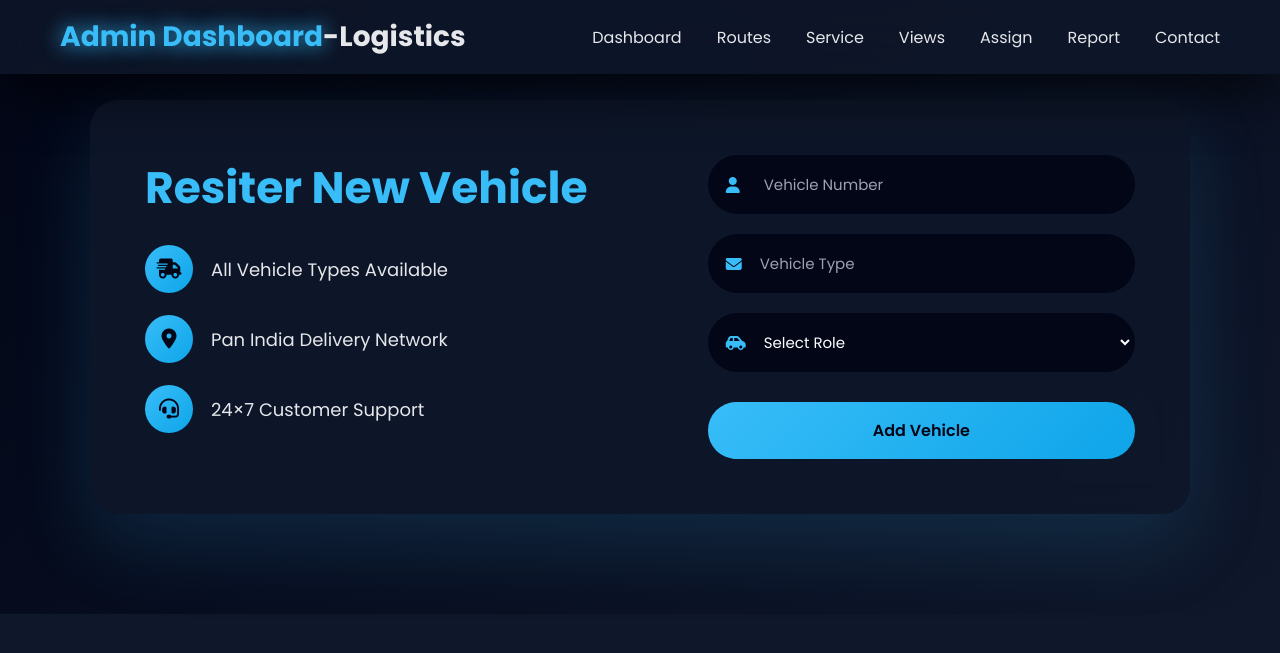
Repository: Pintu-6545/Java_Programming
Page: http://localhost/GreenFleetApplication/add-vehicle.jsp
The author's editor kept a copy of each file at every save. The page is drawn from the files as they stood at one save, then again after the next save.
The browser window is 1280 px wide. The pictures show the whole page.
The page is served by Tomcat 10.

Above is the page before, as saved 2025-12-26 14:24:41.

After the next save:
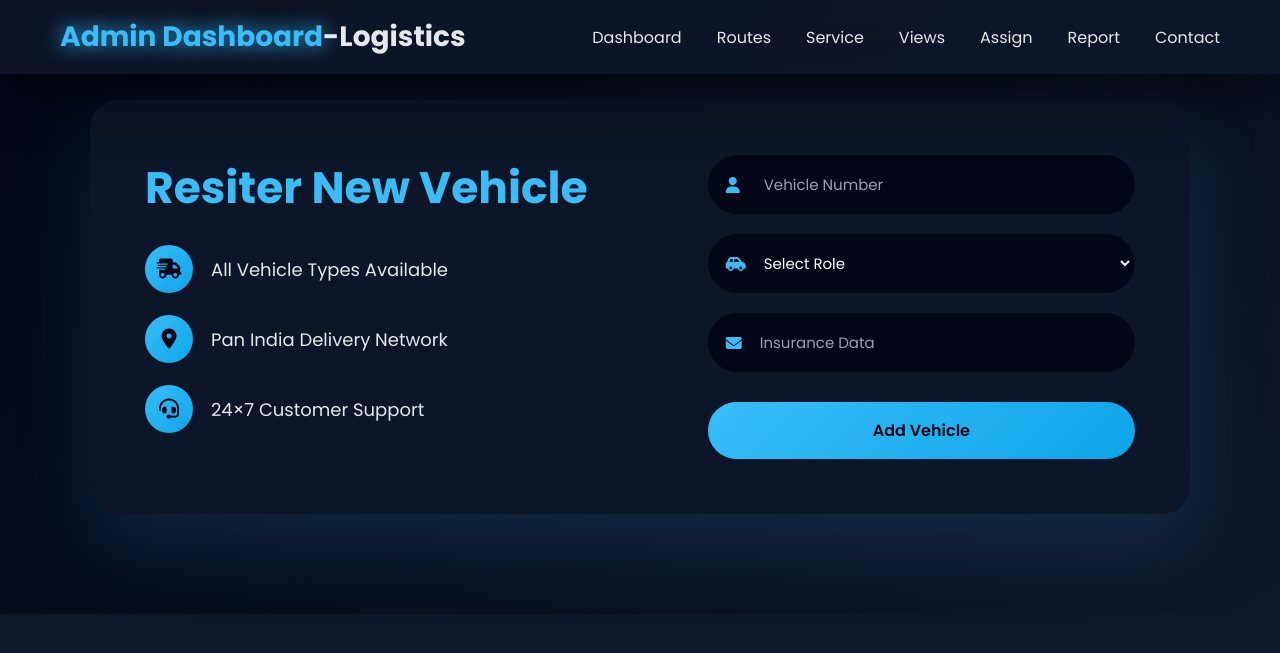
Saved 102 s later.
--- a/Assessement/GreenFeetApp1/GreenFleetApplication/src/main/webapp/add-vehicle.jsp
+++ b/Assessement/GreenFeetApp1/GreenFleetApplication/src/main/webapp/add-vehicle.jsp
@@ -39,17 +39,17 @@
 				</div>
 
 				<div class="input-group">
-					<i class="fa-solid fa-envelope"></i> <input type="text"
-					 name="type" placeholder="Vehicle Type" required>
-				</div>
-
-				<div class="input-group">
 					<i class="fa-solid fa-car-side"></i> <select name="type" required>
 						<option value="Select Role">Select Role</option>
          				<option value="driver">Car</option>
          				<option value="driver">Bike</option>
          				<option value="driver">Truck</option>
 					</select>
+				</div>
+
+				<div class="input-group">
+					<i class="fa-solid fa-envelope"></i> <input type="text"
+					 name="insurance_expiry" placeholder="Insurance Data" required>
 				</div>
 
 				<button type="submit" name="action" value="insert">Add Vehicle</button>
